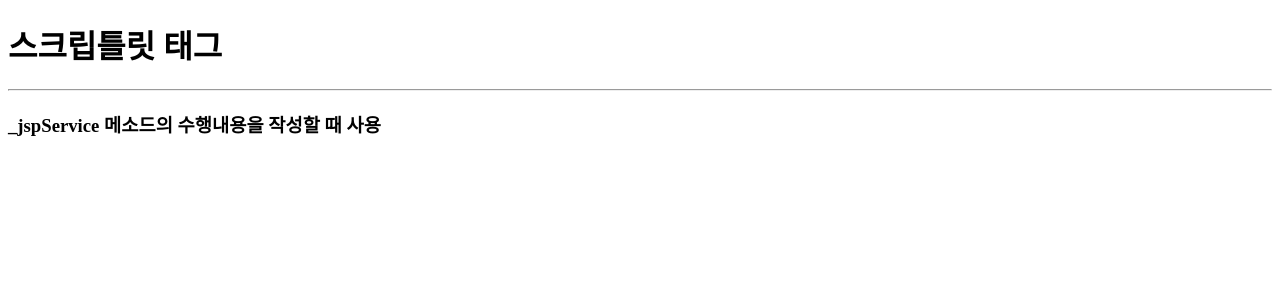
Repository: JWbase/Web_JAVA
Page: http://localhost/04_jspProject/jsp/scriptletTag.jsp
The author's editor kept a copy of each file at every save. The page is drawn from the files as they stood at one save, then again after a run of saves.
The browser window is 1280 px wide. The pictures show the whole page.
The page is served by Tomcat 9.

Above is the page before, as saved 2022-08-30 06:17:49.

### web-workspace/04_jspProject/src/main/webapp/jsp/scriptletTag.jsp
<%@ page language="java" contentType="text/html; charset=UTF-8"
	pageEncoding="UTF-8"%>
<!DOCTYPE html>
<html>
<head>
<meta charset="UTF-8">
<title>Insert title here</title>
</head>
<body>
	<h1>스크립틀릿 태그</h1>
	<hr>
	<h3>_jspService 메소드의 수행내용을 작성할 때 사용</h3>
	<%
	int age = 20;
	%>
	<%
	if (age > 20) {
	}
	%>
</body>
</html>

After the next 4 saves:
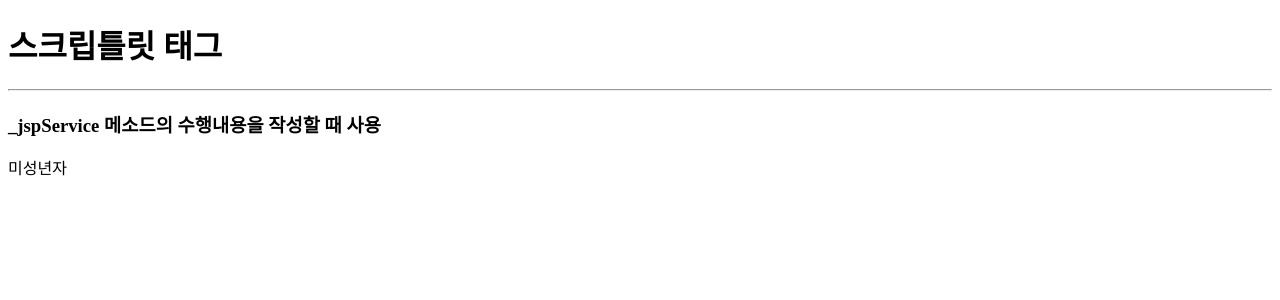
The 4 saves are shown as one change because 2 did not build or start and some came seconds apart.
The last was saved 81 s later.
--- a/web-workspace/04_jspProject/src/main/webapp/jsp/scriptletTag.jsp
+++ b/web-workspace/04_jspProject/src/main/webapp/jsp/scriptletTag.jsp
@@ -15,6 +15,13 @@
 	%>
 	<%
 	if (age > 20) {
+	%>
+	<p>성인</p>
+	<%
+	} else {
+	%>
+	<p>미성년자</p>
+	<%
 	}
 	%>
 </body>
